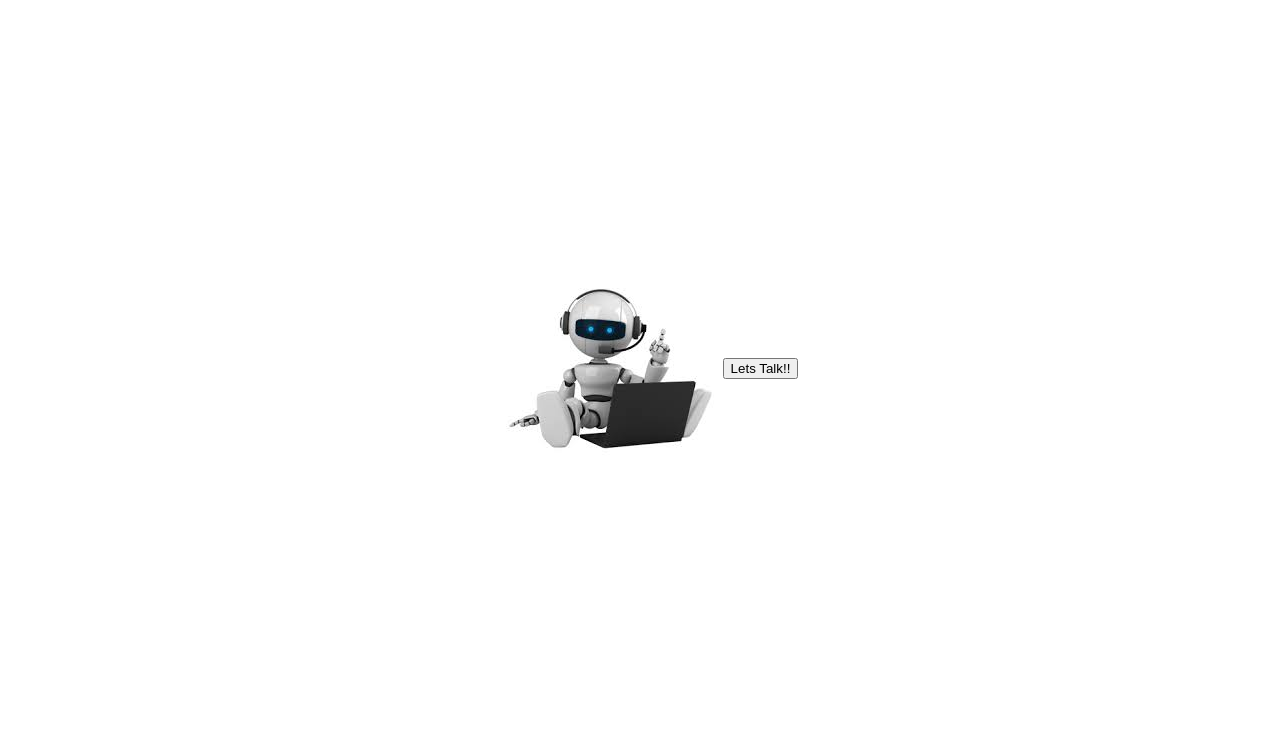
Repository: Ellisvelandia/talkingbot
Page: index.html
An editor plug-in stored every save of this project. The page is shown before and after a run of saves, followed by the edit.
The browser window is 1280 px wide. The page is 1288 px wide, so the pictures cover 1288 px, including what lies to the right of the window. The pictures show the whole page.

Above is the page before, as saved 2022-09-15 23:53:39.

After the next 2 saves:
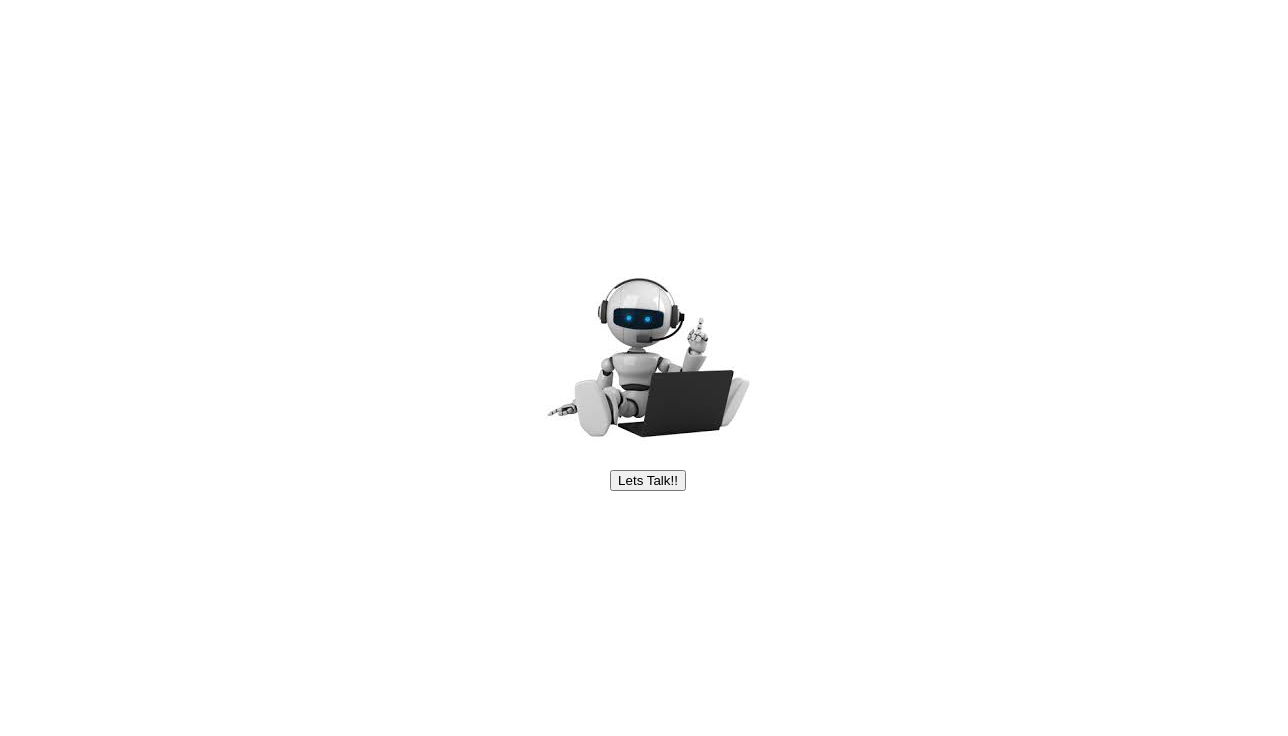
The 2 saves are shown as one change because they came seconds apart.
The last was saved 6 s later.
--- a/style.css
+++ b/style.css
@@ -5,5 +5,5 @@
   align-items: center;
   justify-content: center;
   overflow: hidden;
-  flex
+  flex-direction: column;
 }
